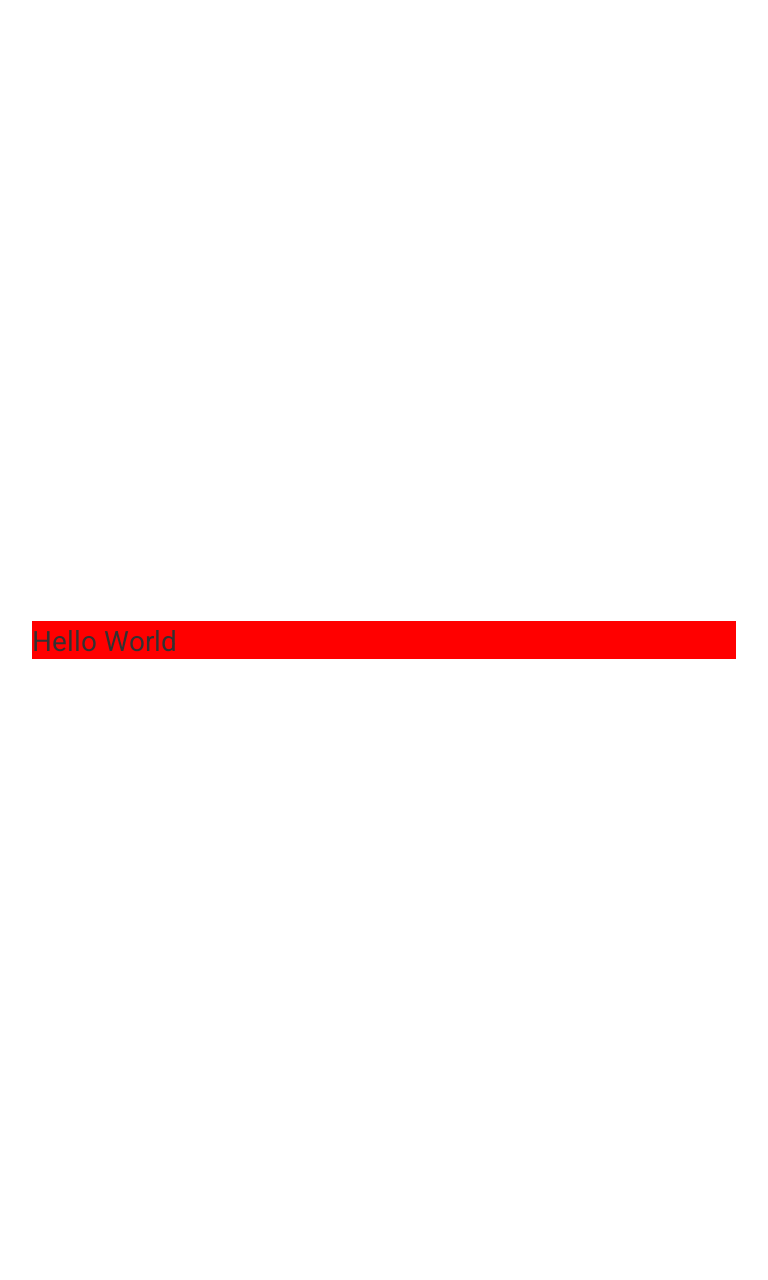
Repository: mrhanliang/Android_4.2
Layout: S01_E05_View/res/layout/activity_main.xml
An editor plug-in stored every save of this project. The layout is shown before and after the next save, followed by the edit.
It is drawn on a 768 x 1280 px phone screen (xhdpi) without system bars, with theme AppTheme; the app's code is not run.

Above is the layout before, as saved 2015-11-29 05:08:55.

### S01_E05_View/res/layout/activity_main.xml
<RelativeLayout xmlns:android="http://schemas.android.com/apk/res/android"
    xmlns:tools="http://schemas.android.com/tools"
    android:layout_width="match_parent"
    android:layout_height="match_parent"
    android:orientation="vertical"
    android:paddingBottom="@dimen/activity_vertical_margin"
    android:paddingLeft="@dimen/activity_horizontal_margin"
    android:paddingRight="@dimen/activity_horizontal_margin"
    android:paddingTop="@dimen/activity_vertical_margin"
    tools:context="cn.cqupt.s01_e05_view.MainActivity" >

    <TextView
        android:id="@+id/textView"
        android:layout_width="match_parent"
        android:layout_height="wrap_content"
        android:layout_centerHorizontal="true"
        android:layout_centerVertical="true"
        android:background="#FF0000"
        android:text="Hello World" />

</RelativeLayout>

Loaded but not shown: S01_E05_View/res/values/styles.xml (common file); S01_E05_View/res/values-v11/styles.xml (common file); S01_E05_View/res/values-v14/styles.xml (common file); S01_E05_View/res/values/dimens.xml (common file); S01_E05_View/res/values-w820dp/dimens.xml (common file)

After the next save:
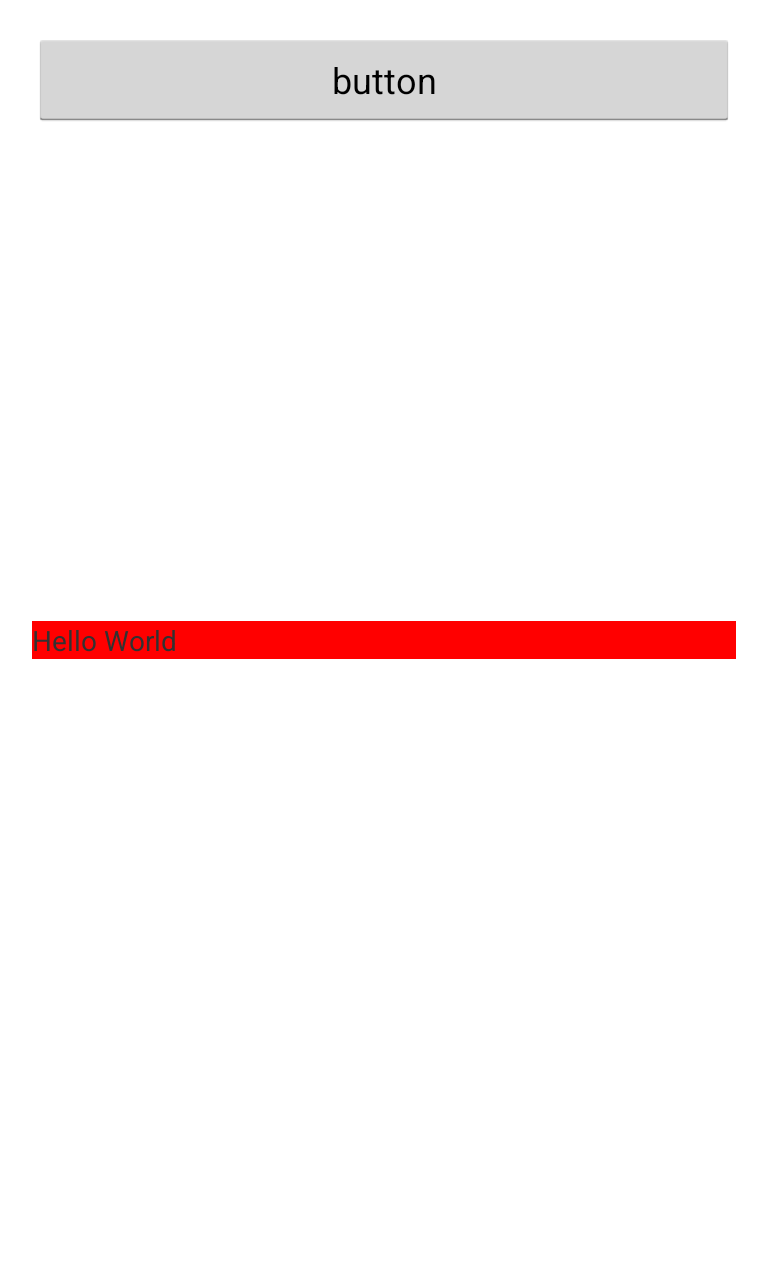
Saved 13 min 33 s later.
--- a/S01_E05_View/res/layout/activity_main.xml
+++ b/S01_E05_View/res/layout/activity_main.xml
@@ -18,4 +18,10 @@
         android:background="#FF0000"
         android:text="Hello World" />
 
+    <Button
+        android:id="@+id/button"
+        android:layout_width="match_parent"
+        android:layout_height="wrap_content"
+        android:text="button"/>"
+
 </RelativeLayout>
